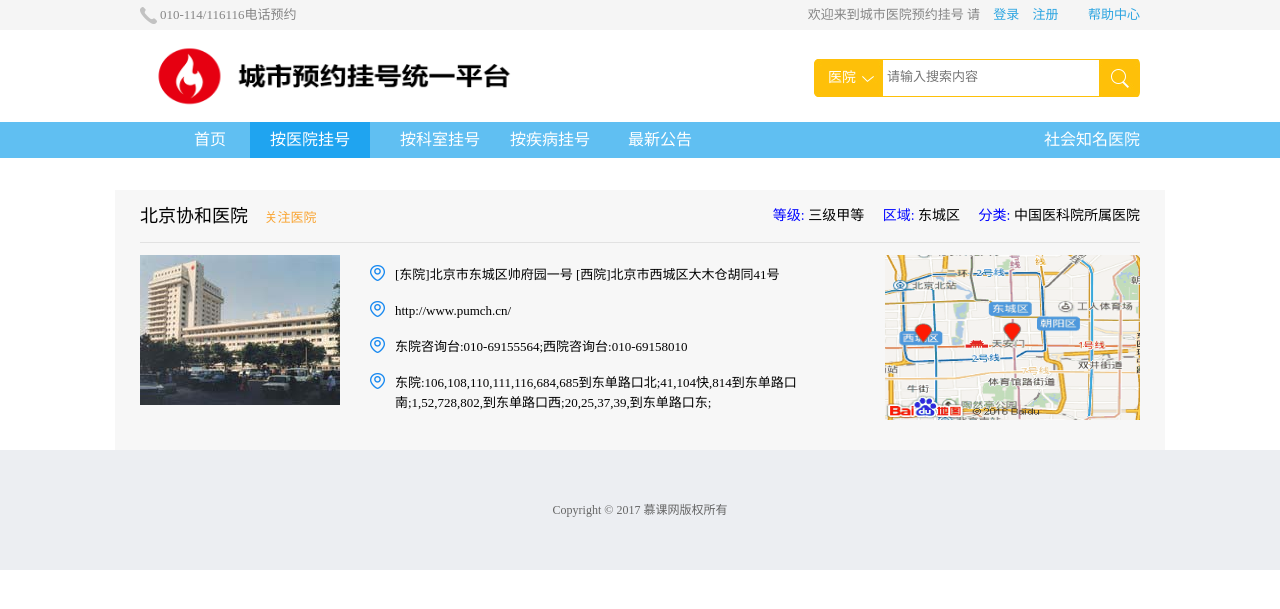
Repository: ScarApocalypse/study
Page: 挂号平台/hospital_detail.html
These files come from the project's save history. The page is drawn as it stood at one moment and after the next save; the edit follows.
The browser window is 1280 px wide. The pictures show the whole page.

Above is the page before, as saved 2019-01-22 22:36:12.

After the next save:
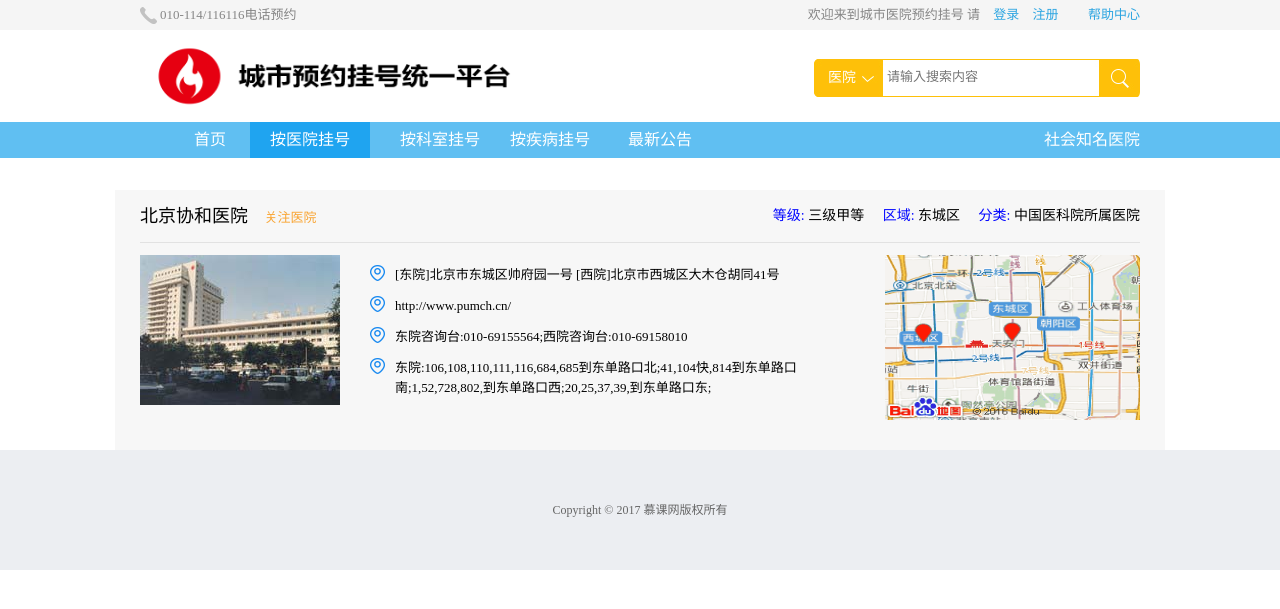
Saved 5 s later.
--- a/挂号平台/css/hospital_detail.css
+++ b/挂号平台/css/hospital_detail.css
@@ -52,6 +52,6 @@
     line-height: 20px;
     height:16px;
     vertical-align: middle;
-    margin-bottom:20px;
+    margin-bottom:15px;
 
 }
